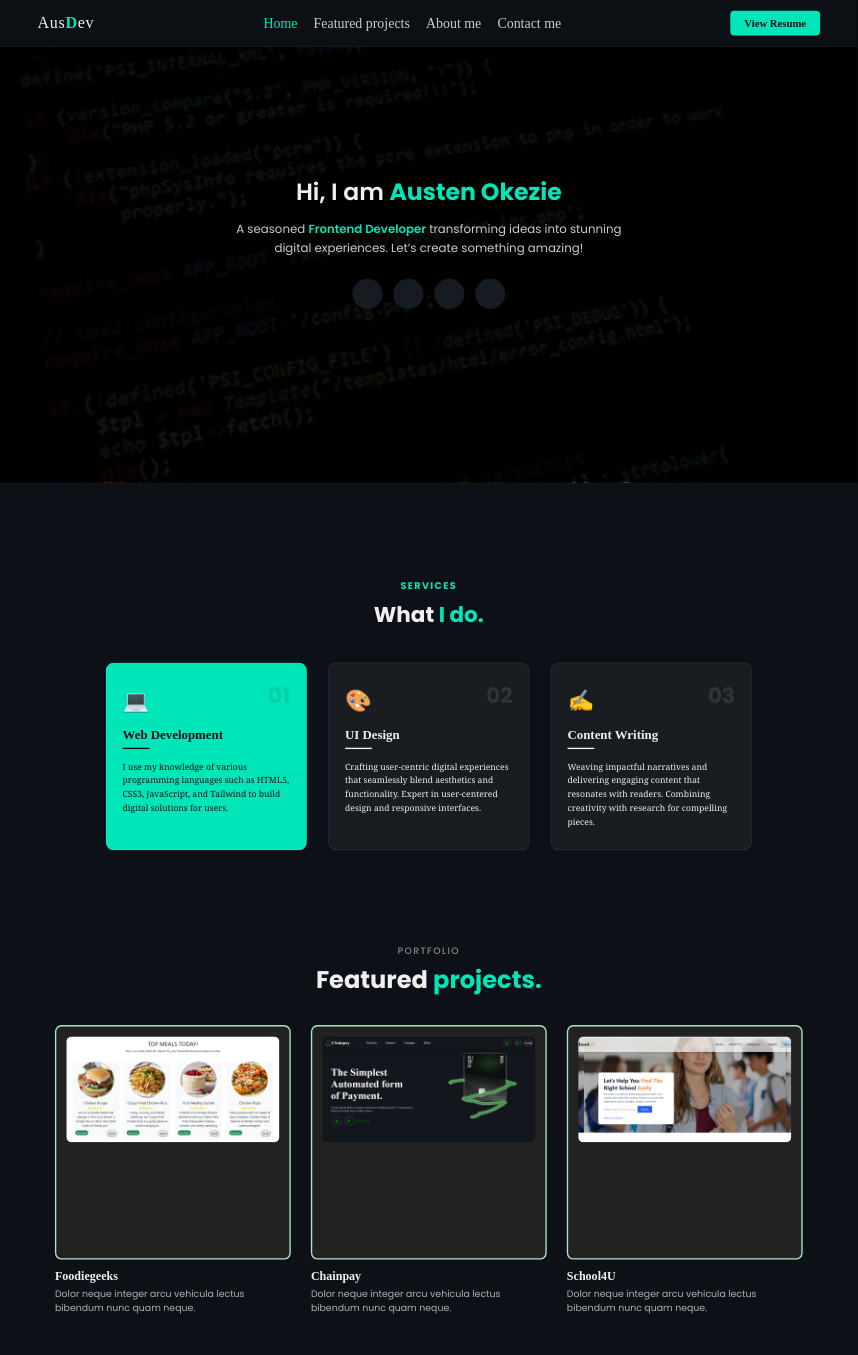
Repository: Austinokezie/Myportfolio
Page: index.html
These files come from the project's save history. The page is drawn as it stood at one moment and after the next save; the edit follows.
The browser window is 1280 px wide. The pictures show the whole page, at 67% of full size.
Some web fonts or font styles are not loaded; a fallback is used.

Above is the page before, as saved 2025-10-14 15:13:50.

After the next save:
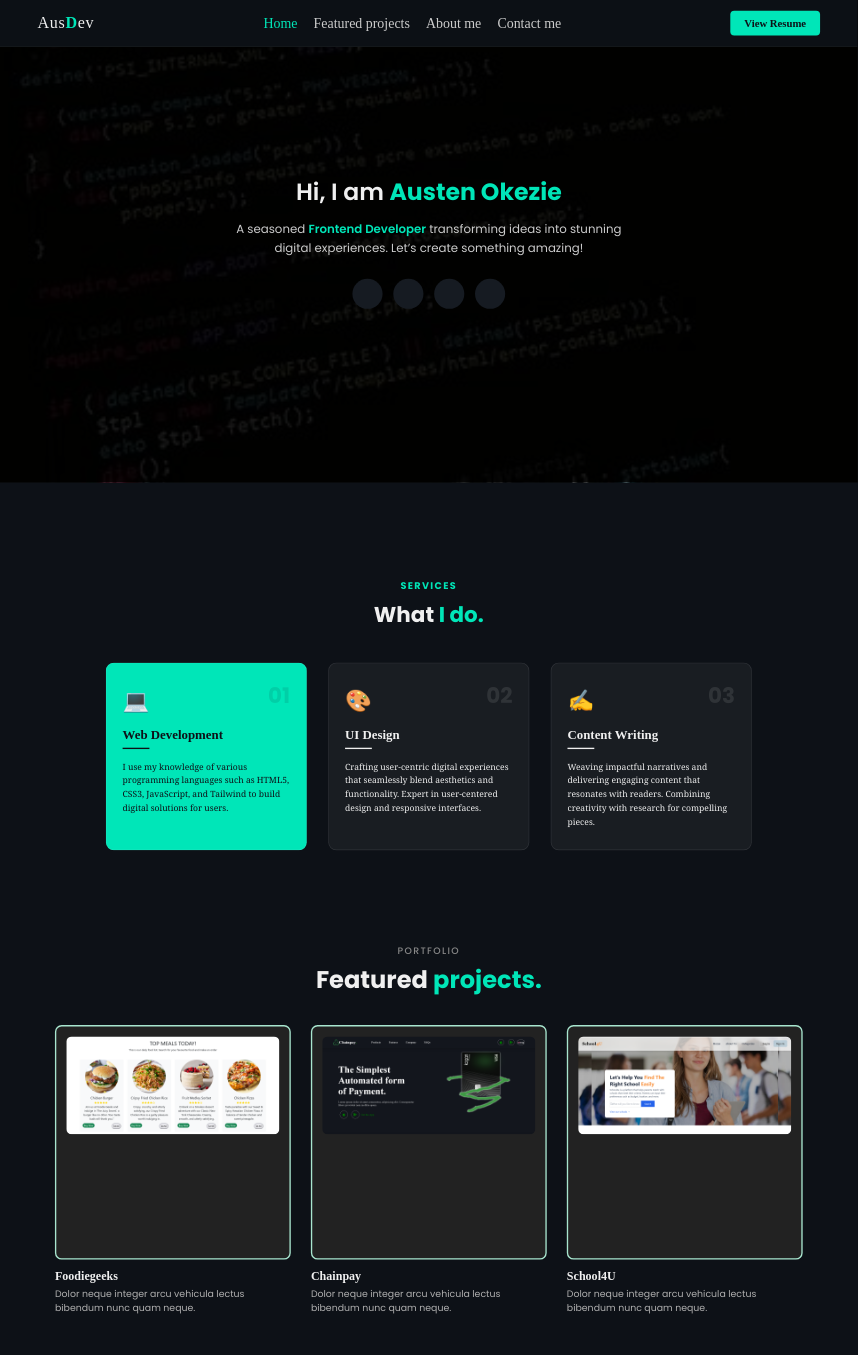
Saved 3 min 47 s later.
--- a/style.css
+++ b/style.css
@@ -455,8 +455,9 @@ header {
     padding: 15px;
 }
 .project-image-placeholder img{
-    width: 100%;
-    height:50%;
+    max-width: 100%;
+    max-height:100%;
+    display: block;
     object-fit: cover;
     object-position: center;
     border-radius: 8px;
